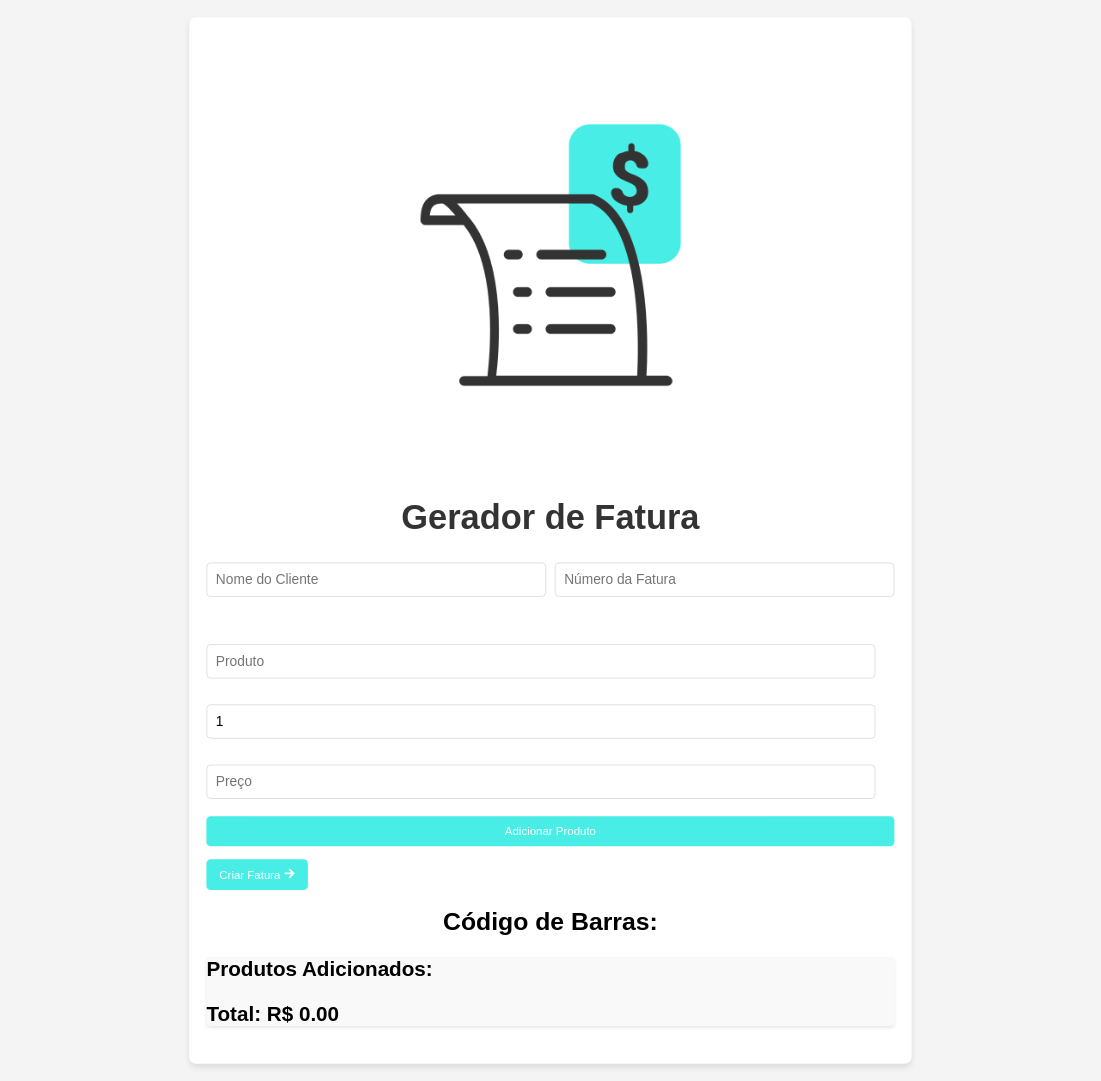
Repository: devthmedu/Invoice-Generator
Page: /
These files come from the project's save history. The page is drawn as it stood at one moment and after the next save; the edit follows.
The browser window is 1280 px wide. The pictures show the whole page, at 86% of full size.
The project was rebuilt for these pictures with package versions that can differ from the ones it lists, and the page was loaded fresh each time. Also part of the build but not shown: vite.config.js, src/Componete/Template.jsx.

Above is the page before, as saved 2024-07-16 22:31:20.

### index.html
<!DOCTYPE html>
<html lang="pt-BR">

<head>
  <meta charset="UTF-8" />
  <meta name="viewport" content="width=device-width, initial-scale=1.0" />
  <meta name="description" content="Gere sua fatura de forma simples e rápida com nosso gerador de faturas em React." />
  <meta name="keywords" content="fatura, gerador de faturas, React, financeiro" />
  <meta name="author" content="Thomas Eduardo" />
  <link rel="stylesheet" href="./src/App.css">
  <link rel="icon" href="./public/logo.png" />
  <title>Gere sua Fatura</title>
</head>


<body>
  <div id="root"></div>
  <script type="module" src="./src/main.jsx"></script>
</body>

</html>

### src/App.css
/* Global Styles */
body {
  font-family: 'Arial', sans-serif;
  background-color: #f4f4f4;
  margin: 0;
  padding: 0;
}

.container {
  max-width: 800px;
  margin: 20px auto;
  padding: 20px;
  background: #ffffff;
  border-radius: 8px;
  box-shadow: 0 4px 8px rgba(0, 0, 0, 0.1);
}

.logo {
  display: block;
  margin: 0 auto 20px;
  max-width: 100%;
  height: auto;
}

.title {
  text-align: center;
  color: #333;
  margin-bottom: 20px;
}

/* Form Styles */
.form {
  display: flex;
  flex-direction: column;
  gap: 15px;
}

.inputs {
  display: flex;
  gap: 10px;
  flex-wrap: wrap; /* Allow wrapping */
}

.input-field {
  flex: 1;
  padding: 10px;
  border: 1px solid #ccc;
  border-radius: 4px;
  font-size: 16px;
  min-width: 200px; /* Minimum width for inputs */
  box-sizing: border-box; /* Include padding and border in width */
}

.submit-button {
  padding: 10px 15px;
  background-color: #48ede5;
  color: #fff;
  border: none;
  border-radius: 5px;
  cursor: pointer;
  transition: background-color 0.3s;
}

.submit-button:hover {
  background-color: #36b8c2;
}

.product-form {
  margin-top: 20px;
  display: flex;
  flex-direction: column;
  gap: 10px;
}

.product-form input {
  padding: 10px;
  border: 1px solid #ccc;
  border-radius: 4px;
  width: 100%; /* Full width for product inputs */
  box-sizing: border-box; /* Include padding and border in width */
}

/* Product List Styles */
.product-list {
  margin-top: 20px;
  padding: 10px;
  background: #f9f9f9;
  border-radius: 4px;
  box-shadow: 0 2px 4px rgba(0, 0, 0, 0.1);
}

.product-list ul {
  list-style-type: none;
  padding: 0;
}

.product-list li {
  padding: 8px 0;
  border-bottom: 1px solid #ddd;
}

.product-list li:last-child {
  border-bottom: none;
}

/* Barcode and PDF Container Styles */
.barcode-container {
  margin-top: 20px;
  text-align: center;
}


/* Button Styles */
.back-button {
  margin-top: 20px;
  padding: 10px 15px;
  background-color: #ff6b6b;
  color: white;
  border: none;
  border-radius: 5px;
  cursor: pointer;
  transition: background-color 0.3s;
}

.back-button:hover {
  background-color: #e55b5b;
}

/* Media Queries */
@media (max-width: 600px) {
  .inputs {
    flex-direction: column;
  }

  .input-field {
    margin-bottom: 10px;
    width: 100%; /* Full width on small screens */
  }

  .product-list, .pdf-container {
    padding: 15px; /* Less padding for smaller screens */
  }

  .submit-button {
    width: 100%; /* Full width for the button */
  }

  .back-button {
    width: 100%; /* Full width for the back button */
  }
}

@media (max-width: 400px) {
  .submit-button, .back-button {
    padding: 8px; /* Smaller padding on extra small screens */
  }

  .title {
    font-size: 1.5em; /* Adjust font size for smaller screens */
  }
}

### src/main.jsx
import React from 'react';
import ReactDOM from 'react-dom/client';
import App from './App';
import 'react-toastify/dist/ReactToastify.css';
import { ToastContainer } from 'react-toastify';


const root = ReactDOM.createRoot(document.getElementById('root'));


root.render(
  <React.StrictMode>
    <ToastContainer />
    <App />
  </React.StrictMode>,
);

### src/App.jsx
import React, { useState, useEffect } from 'react';
import './App.css';
import TemplatePdf from './Componete/Template';
import Barcode from 'react-barcode';
import { FaArrowRight, FaArrowLeft, FaEdit, FaTrash } from 'react-icons/fa';
import { toast, ToastContainer } from 'react-toastify';
import logo from '/logo.png';

function App() {
  const [numeroDaFatura, setNumeroDaFatura] = useState('');
  const [nomeCliente, setNomeCliente] = useState('');
  const [data, setData] = useState('');
  const [visualizar, setVisualizar] = useState(true);
  const [loading, setLoading] = useState(false);
  const [produtos, setProdutos] = useState([]);
  const [produto, setProduto] = useState('');
  const [quantidade, setQuantidade] = useState(1);
  const [preco, setPreco] = useState('');
  const [editIndex, setEditIndex] = useState(null);

  useEffect(() => {
    const atual = new Date();
    const dataFormatada = `${String(atual.getDate()).padStart(2, '0')}/${String(
      atual.getMonth() + 1,
    ).padStart(2, '0')}/${atual.getFullYear()}`;
    setData(dataFormatada);

    const storedData = JSON.parse(localStorage.getItem('invoiceData'));
    if (storedData) {
      setNumeroDaFatura(storedData.numeroDaFatura);
      setNomeCliente(storedData.nomeCliente);
      setProdutos(storedData.produtos);
    }
  }, []);

  useEffect(() => {
    localStorage.setItem(
      'invoiceData',
      JSON.stringify({ numeroDaFatura, nomeCliente, produtos }),
    );
  }, [numeroDaFatura, nomeCliente, produtos]);

  const validarEntrada = () => {
    if (!numeroDaFatura.match(/^[0-9]+$/)) {
      toast.error('Por favor, insira um número de fatura válido.');
      return false;
    }
    if (!nomeCliente) {
      toast.error('Por favor, insira o nome do cliente.');
      return false;
    }
    return true;
  };

  const criarFatura = () => {
    if (!validarEntrada()) return;

    setLoading(true);
    setTimeout(() => {
      toast.success('Fatura criada com sucesso!');
      setLoading(false);
      setVisualizar(false);
    }, 500);
  };

  const validarEntradaProduto = () => {
    if (!produto) {
      toast.error('Por favor, insira o nome do produto.');
      return false;
    }
    if (quantidade <= 0) {
      toast.error('Quantidade deve ser maior que zero.');
      return false;
    }
    if (preco <= 0) {
      toast.error('Preço deve ser maior que zero.');
      return false;
    }
    return true;
  };

  const adicionarProduto = () => {
    if (validarEntradaProduto()) {
      const newProduto = {
        produto,
        quantidade: Number(quantidade),
        preco: Number(preco),
      };
      if (editIndex !== null) {
        const updatedProdutos = produtos.map((item, index) =>
          index === editIndex ? newProduto : item,
        );
        setProdutos(updatedProdutos);
        setEditIndex(null);
        toast.success('Produto atualizado com sucesso!');
      } else {
        setProdutos((prevProdutos) => [...prevProdutos, newProduto]);
        toast.success('Produto adicionado com sucesso!');
      }
      resetProdutoFields();
    }
  };

  const editarProduto = (index) => {
    const produtoEditado = produtos[index];
    setProduto(produtoEditado.produto);
    setQuantidade(produtoEditado.quantidade);
    setPreco(produtoEditado.preco);
    setEditIndex(index);
  };

  const removerProduto = (index) => {
    setProdutos(produtos.filter((_, i) => i !== index));
    toast.success('Produto removido com sucesso!');
  };

  const resetProdutoFields = () => {
    setProduto('');
    setQuantidade(1);
    setPreco('');
  };

  const totalFatura = produtos.reduce(
    (acc, curr) => acc + curr.quantidade * curr.preco,
    0,
  );

  const voltar = () => {
    setVisualizar(true);
    resetForm();
  };

  const resetForm = () => {
    setNumeroDaFatura('');
    setNomeCliente('');
    setProdutos([]);
    localStorage.removeItem('invoiceData');
  };

  return (
    <>
      <ToastContainer />
      {visualizar ? (
        <div className="container">
          <img src={logo} alt="Logo" className="logo" />
          <h1 className="title">Gerador de Fatura</h1>
          <div className="form">
            <div className="inputs">
              <input
                type="text"
                placeholder="Nome do Cliente"
                value={nomeCliente}
                onChange={(e) => setNomeCliente(e.target.value)}
                disabled={loading}
                className="input-field"
                required
              />
              <input
                type="text"
                placeholder="Número da Fatura"
                value={numeroDaFatura}
                onChange={(e) => setNumeroDaFatura(e.target.value)}
                disabled={loading}
                className="input-field"
                required
              />
            </div>
            <div className="product-form">
              <input
                type="text"
                placeholder="Produto"
                value={produto}
                onChange={(e) => setProduto(e.target.value)}
                className="input-field"
              />
              <input
                type="number"
                placeholder="Quantidade"
                value={quantidade}
                onChange={(e) => setQuantidade(e.target.value)}
                className="input-field"
                min="1"
              />
              <input
                type="number"
                placeholder="Preço"
                value={preco}
                onChange={(e) => setPreco(e.target.value)}
                className="input-field"
                min="0"
              />
              <button onClick={adicionarProduto} className="submit-button">
                {editIndex !== null ? 'Atualizar Produto' : 'Adicionar Produto'}
              </button>
            </div>
            <div className="buttons">
              <button
                onClick={criarFatura}
                disabled={loading}
                className="submit-button"
                title={
                  loading
                    ? 'Aguarde enquanto a fatura é criada'
                    : 'Criar fatura'
                }
              >
                {loading ? 'Criando...' : 'Criar Fatura'} <FaArrowRight />
              </button>
            </div>
          </div>
          <div className="barcode-container">
            <h2>Código de Barras:</h2>
            {numeroDaFatura && <Barcode value={numeroDaFatura} />}
          </div>
          <div className="product-list">
            <h3>Produtos Adicionados:</h3>
            <ul>
              {produtos.map((item, index) => (
                <li key={index}>
                  {item.quantidade} x {item.produto} @ R${' '}
                  {item.preco.toFixed(2)} = R${' '}
                  {(item.quantidade * item.preco).toFixed(2)}
                  <button onClick={() => editarProduto(index)}>
                    <FaEdit />
                  </button>
                  <button onClick={() => removerProduto(index)}>
                    <FaTrash />
                  </button>
                </li>
              ))}
            </ul>
            <h3>Total: R$ {totalFatura.toFixed(2)}</h3>
          </div>
        </div>
      ) : (
        <div className="pdf-container">
          <TemplatePdf
            NumeroDaFatura={numeroDaFatura}
            data={data}
            nomeCliente={nomeCliente}
            produtos={produtos}
            total={totalFatura}
          />
          <button onClick={voltar} className="back-button">
            Voltar <FaArrowLeft />
          </button>
        </div>
      )}
    </>
  );
}

export default App;

### src/Componete/Template.css
/* Template.css */

.pdf-container {
  max-width: 900px;
  margin: 40px auto;
  padding: 30px;
  border: 1px solid #48ede5; /* Border to match brand color */
  border-radius: 10px;
  box-shadow: 0 4px 20px rgba(0, 0, 0, 0.1);
  background-color: #f9f9f9; /* Light background for invoice */
  font-family: 'Arial', sans-serif;
  color: #333;
  position: relative;
  text-align: center;
}

.pdf-logo {
  max-width: 150px; /* Logo size */
  margin: 0 auto 20px; /* Center logo */
}

.pdf-container:before {
  content: '';
  position: absolute;
  top: 0;
  left: 0;
  right: 0;
  height: 20px;
  background: #48ede5; /* Solid color to match logo */
  border-radius: 10px 10px 0 0;
}

h1 {
  font-size: 2.5em;
  margin-bottom: 20px;
  color: #48ede5;
}

h2 {
  font-size: 1.8em;
  margin-top: 20px;
  margin-bottom: 10px;
  padding-bottom: 5px;
}

h3 {
  font-size: 1.5em;
  margin-top: 15px;
}

.product-list {
  list-style-type: none;
  padding: 0;
}

.product-list li {
  display: flex;
  justify-content: space-between;
  align-items: center;
  padding: 15px;
  border: 1px solid #ddd; /* Border for each item */
  border-radius: 8px;
  background-color: #ffffff; /* White background for items */
  margin-bottom: 10px;
  transition: background-color 0.3s;
}

.product-list li:hover {
  background-color: #f1f1f1; /* Hover effect */
}

.product-list li span {
  flex-grow: 1;
  font-weight: bold;
}

button {
  background-color: #48ede5; /* Primary button color */
  color: white;
  border: none;
  border-radius: 5px;
  padding: 8px 12px;
  cursor: pointer;
  transition: background-color 0.3s, transform 0.3s;
}

button:hover {
  background-color: #36b2c0; /* Darker shade on hover */
  transform: translateY(-2px);
}

.add-product-button {
  background-color: #28a745; /* Success color */
}

.add-product-button:hover {
  background-color: #218838;
}

.print-button {
  background-color: #ffc107; /* Warning color */
}

.print-button:hover {
  background-color: #e0a800;
}

input[type="text"],
input[type="number"] {
  width: calc(100% - 22px);
  padding: 10px;
  margin: 10px 0;
  border: 1px solid #ddd;
  border-radius: 5px;
  box-sizing: border-box;
}

input[type="text"]:focus,
input[type="number"]:focus {
  border-color: #48ede5; /* Highlight color */
  outline: none;
}

.dialog-title {
  display: flex;
  justify-content: space-between;
  align-items: center;
}

.icon-close {
  cursor: pointer;
  color: #e74c3c; /* Error color */
}

.icon-close:hover {
  opacity: 0.8;
}

/* Media Queries */
@media (max-width: 600px) {
  .pdf-container {
    padding: 20px;
  }

  h1 {
    font-size: 2em;
  }

  h2 {
    font-size: 1.5em;
  }

  button {
    width: 100%;
    margin: 5px 0;
  }
}

After the next save:
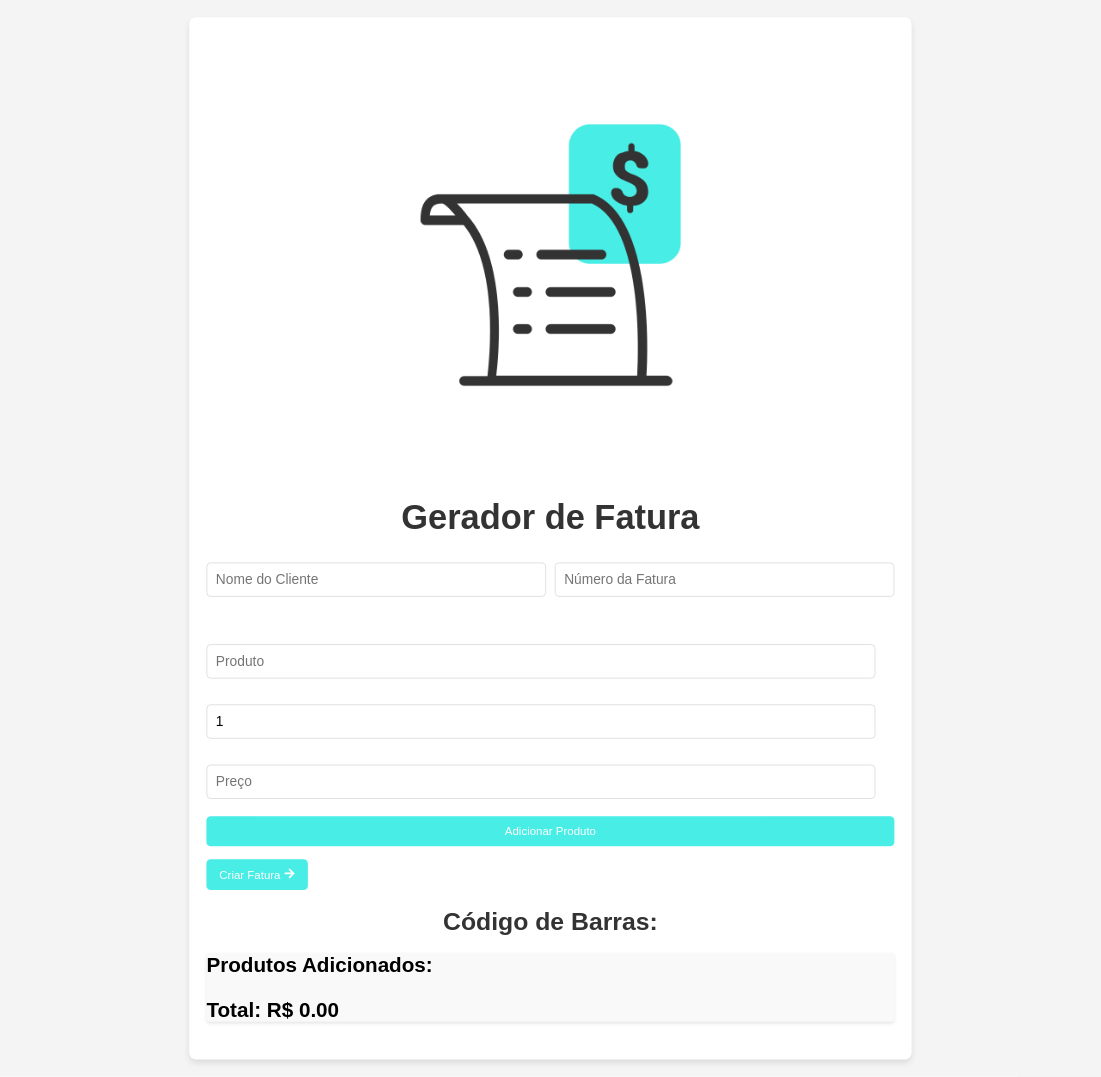
Saved 77 s later.
--- a/src/Componete/Template.css
+++ b/src/Componete/Template.css
@@ -4,13 +4,11 @@
   max-width: 900px;
   margin: 40px auto;
   padding: 30px;
-  border: 1px solid #48ede5; /* Border to match brand color */
   border-radius: 10px;
   box-shadow: 0 4px 20px rgba(0, 0, 0, 0.1);
-  background-color: #f9f9f9; /* Light background for invoice */
+  background-color: #ffffff; /* White background for the main container */
   font-family: 'Arial', sans-serif;
   color: #333;
-  position: relative;
   text-align: center;
 }
 
@@ -26,7 +24,7 @@
   left: 0;
   right: 0;
   height: 20px;
-  background: #48ede5; /* Solid color to match logo */
+  background: #48ede5; /* Header color */
   border-radius: 10px 10px 0 0;
 }
 
@@ -40,7 +38,7 @@ h2 {
   font-size: 1.8em;
   margin-top: 20px;
   margin-bottom: 10px;
-  padding-bottom: 5px;
+  color: #333;
 }
 
 h3 {
@@ -58,9 +56,9 @@ h3 {
   justify-content: space-between;
   align-items: center;
   padding: 15px;
-  border: 1px solid #ddd; /* Border for each item */
+  border: 1px solid #ddd; /* Light border for items */
   border-radius: 8px;
-  background-color: #ffffff; /* White background for items */
+  background-color: #f9f9f9; /* Light background for items */
   margin-bottom: 10px;
   transition: background-color 0.3s;
 }
@@ -86,7 +84,6 @@ button {
 
 button:hover {
   background-color: #36b2c0; /* Darker shade on hover */
-  transform: translateY(-2px);
 }
 
 .add-product-button {
